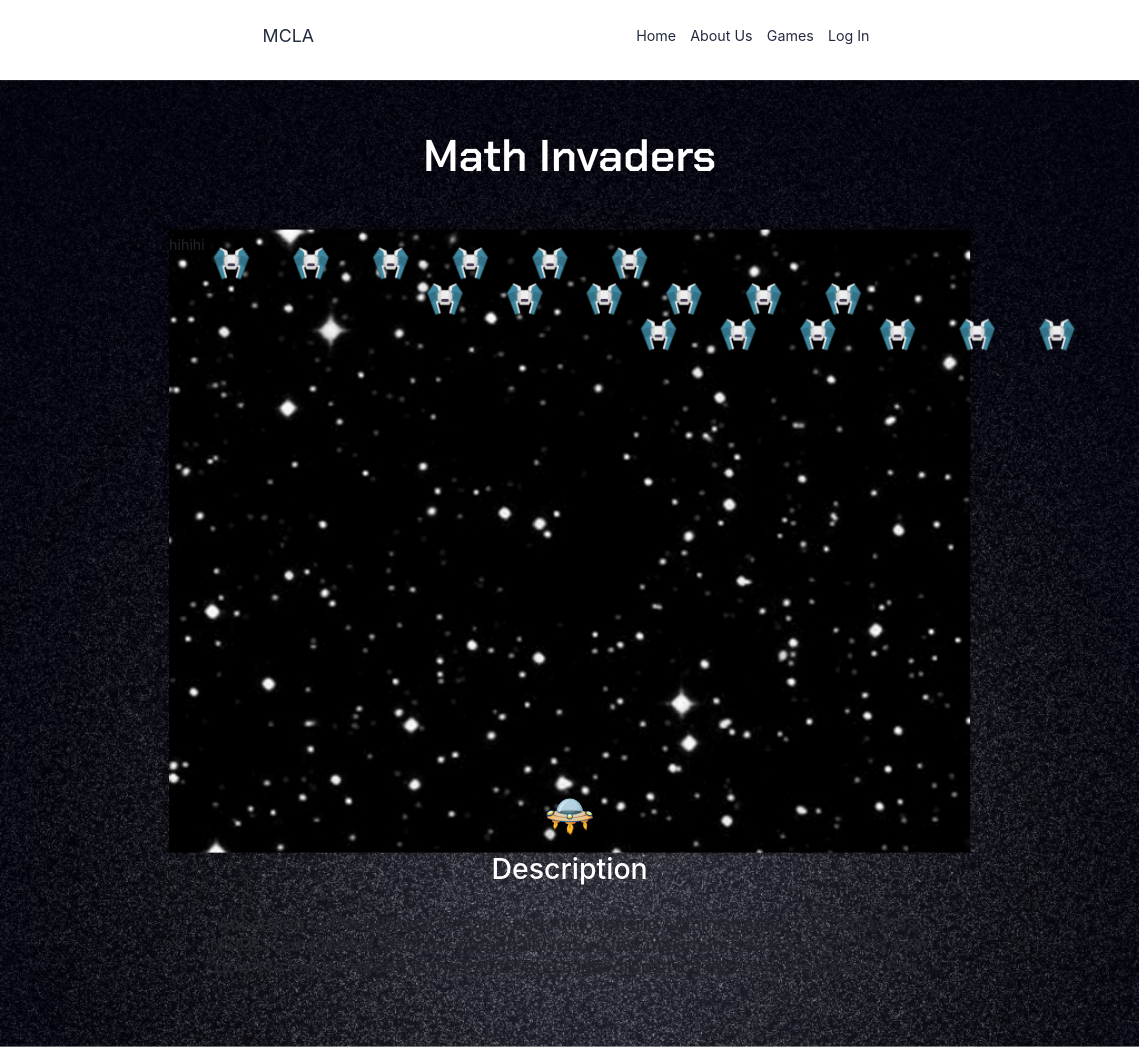
Repository: kkyler24/MathInvader
Page: index.html
An editor plug-in stored every save of this project. The page is shown before and after the next save, followed by the edit.
The browser window is 1280 px wide. The pictures show the whole page, at 89% of full size.
Some web libraries are served in a nearby version.

Above is the page before, as saved 2020-07-20 15:14:39.

After the next save:
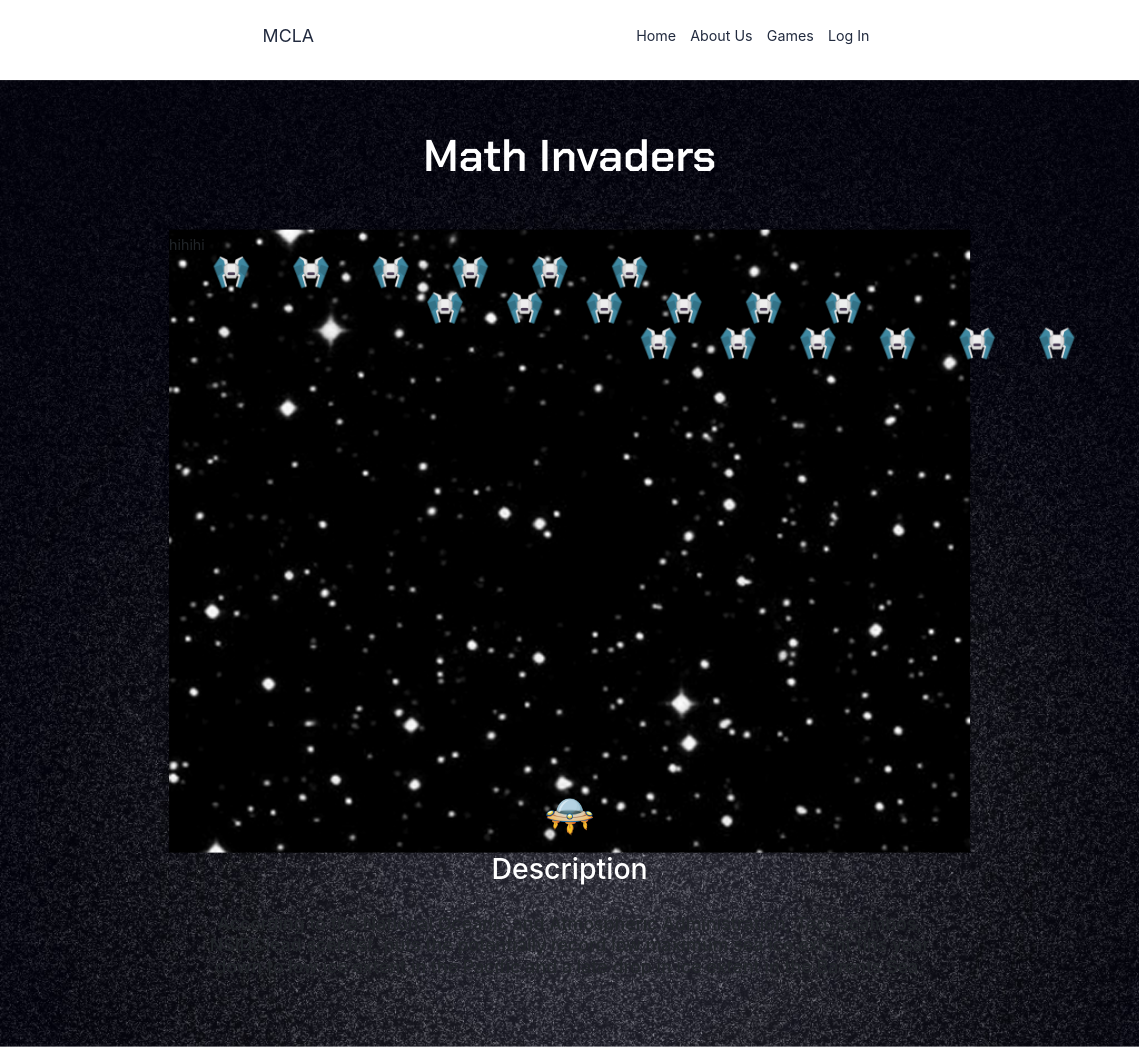
Saved 78 s later.
--- a/jsFolder/game.js
+++ b/jsFolder/game.js
@@ -15,7 +15,7 @@
 const TOKENS_PER_ROW = 10;
 const ENEMIES_PER_ROW = 6;
 const ENEMY_HORIZONTAL_PADDING = 10;
-const ENEMY_VERTICAL_PADDING = 20;
+const ENEMY_VERTICAL_PADDING = 30;
 const ENEMY_VERTICAL_SPACING = 40;
 const ENEMY_COOLDOWN = 5.0;
 // contains entire state of game which included position of player, lasers and enemies on screen.

After the save that followed:
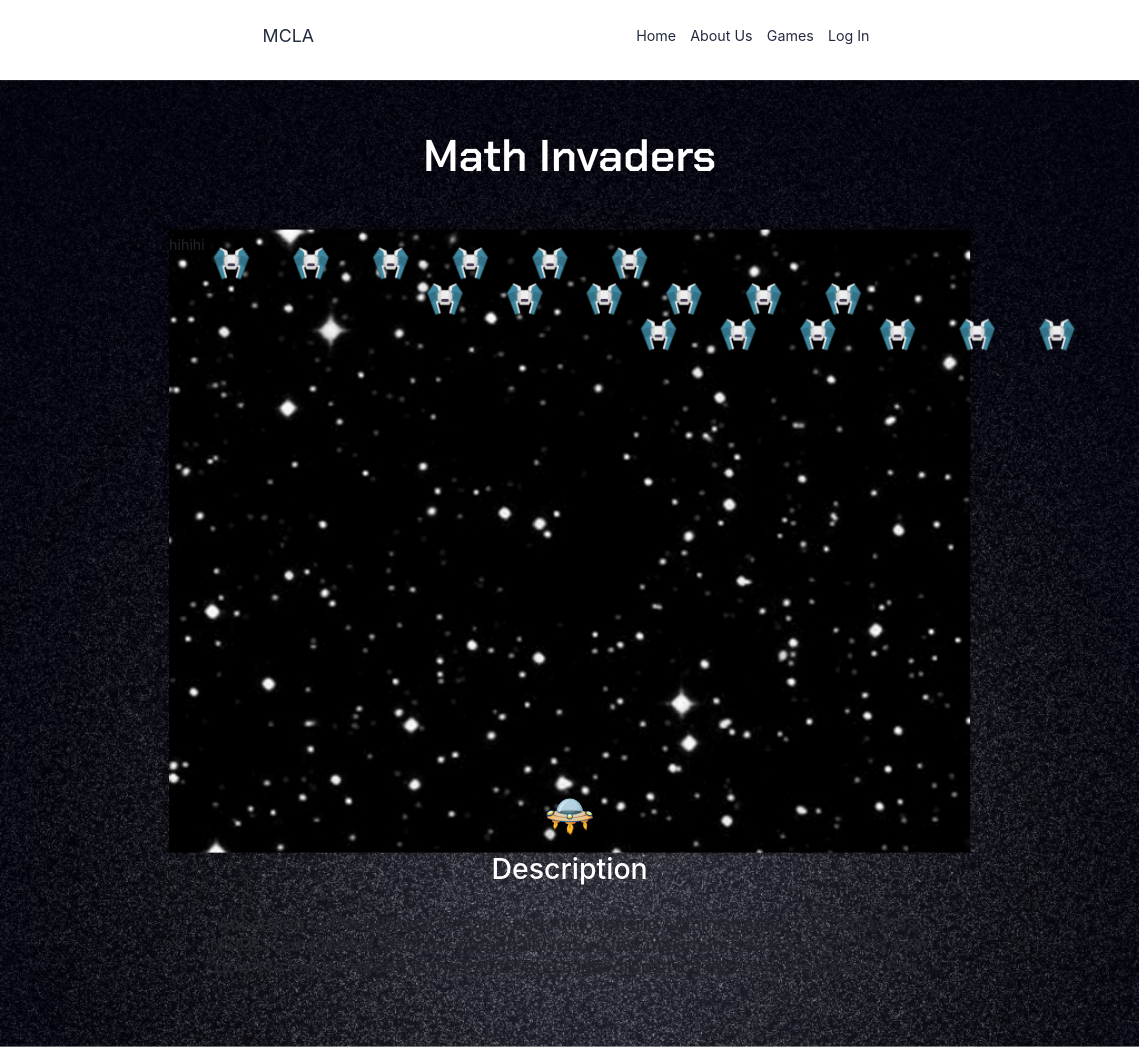
Saved 6 s later.
--- a/jsFolder/game.js
+++ b/jsFolder/game.js
@@ -15,7 +15,7 @@
 const TOKENS_PER_ROW = 10;
 const ENEMIES_PER_ROW = 6;
 const ENEMY_HORIZONTAL_PADDING = 10;
-const ENEMY_VERTICAL_PADDING = 30;
+const ENEMY_VERTICAL_PADDING = 20;
 const ENEMY_VERTICAL_SPACING = 40;
 const ENEMY_COOLDOWN = 5.0;
 // contains entire state of game which included position of player, lasers and enemies on screen.
